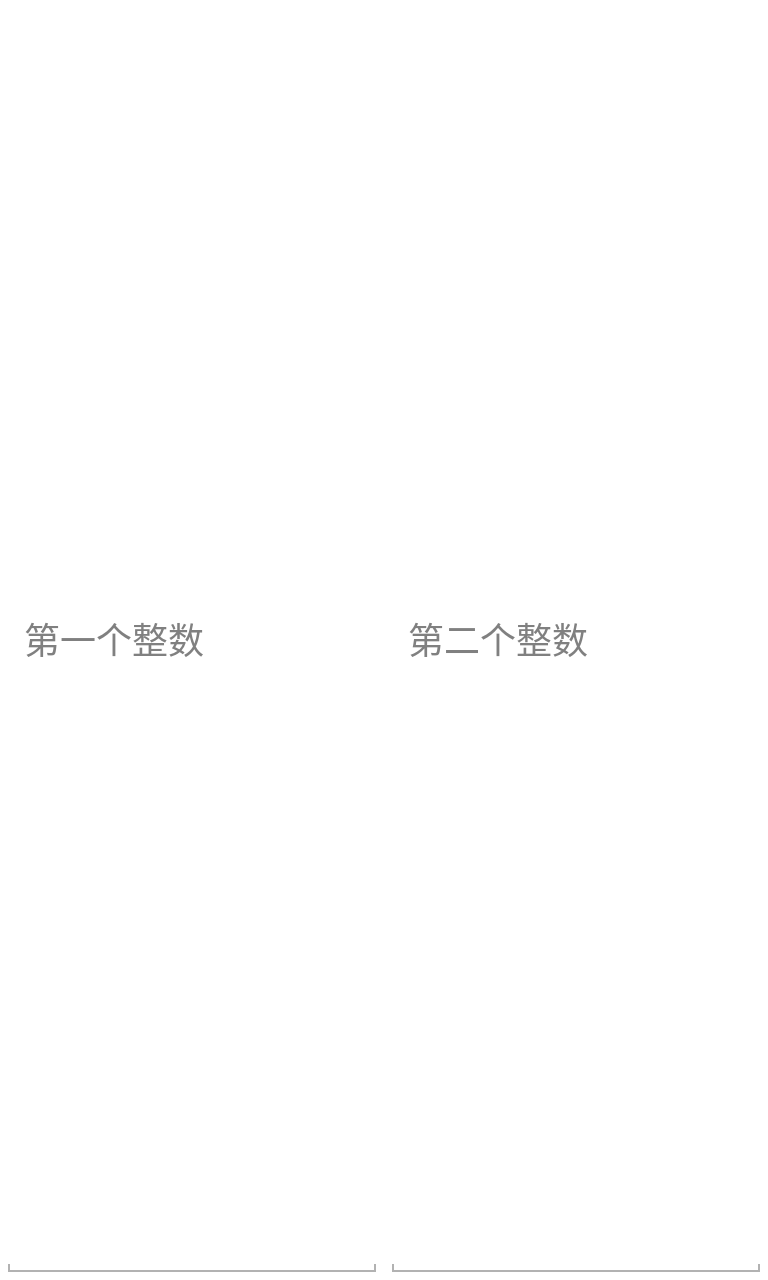
Repository: ouyangshengduo/Android_NDK_First
Layout: Android_NDK_Demo001/res/layout/activity_main.xml
An editor plug-in stored every save of this project. The layout is shown before and after the next save, followed by the edit.
It is drawn on a 768 x 1280 px phone screen (xhdpi) without system bars, with theme AppTheme; the app's code is not run.

Above is the layout before, as saved 2016-06-10 04:13:33.

After the next save:
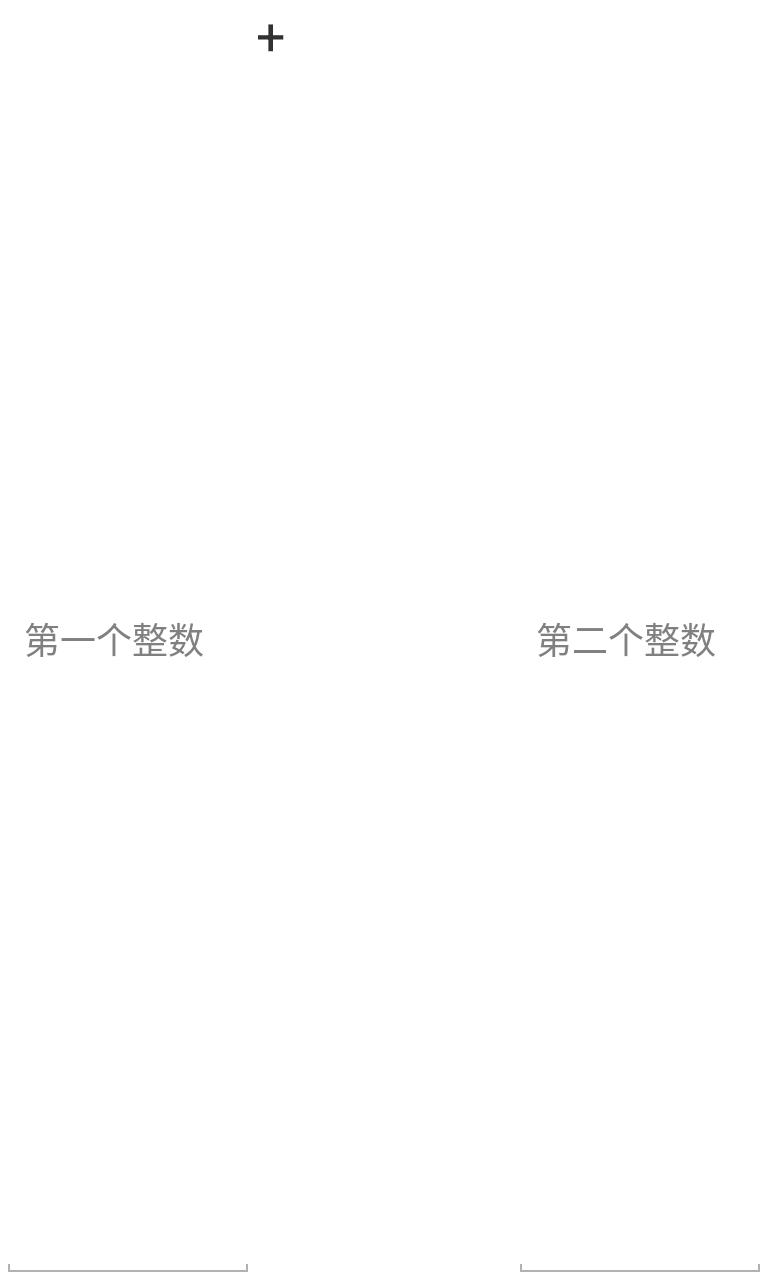
Saved 65 s later.
--- a/Android_NDK_Demo001/res/layout/activity_main.xml
+++ b/Android_NDK_Demo001/res/layout/activity_main.xml
@@ -17,6 +17,12 @@
             android:layout_weight="1"
             android:hint="第一个整数"
             />
+        <TextView
+            android:layout_height="fill_parent"
+            android:layout_width="0dp"
+            android:layout_weight="1"
+            android:text="+"
+            android:textSize="26sp"/>
 
         <EditText
             android:id="@+id/etAdd_B"
